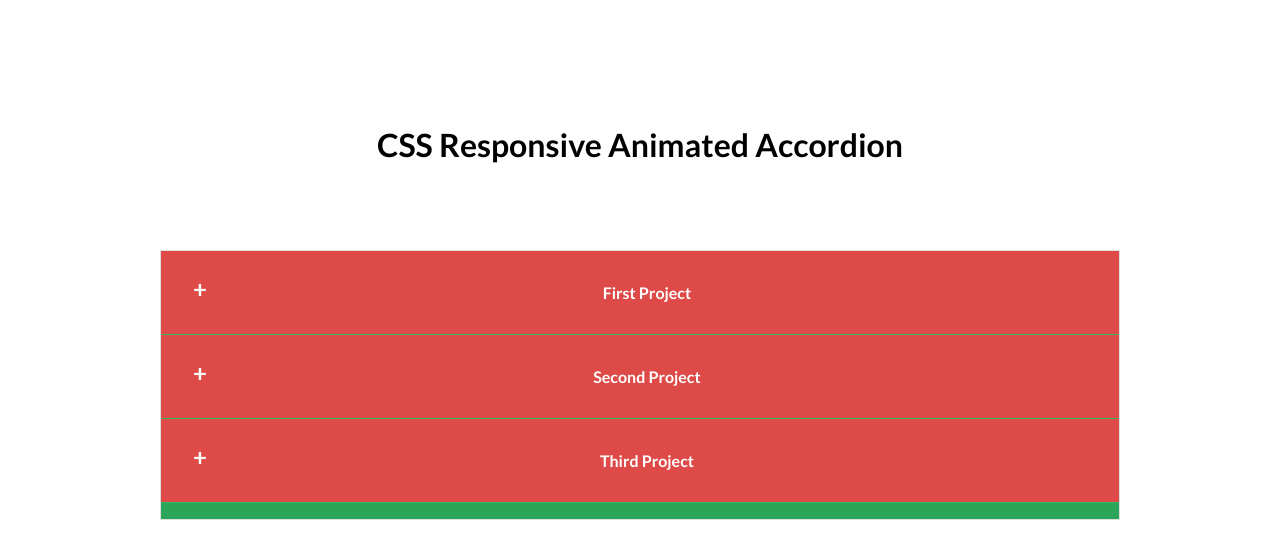
Repository: Imprasna/personalperform
Page: index.html
These files come from the project's save history. The page is drawn as it stood at one moment and after the next save; the edit follows.
The browser window is 1280 px wide. The pictures show the whole page.
The style sheet was rebuilt from its Sass, Less or Tailwind sources for each picture, by a compiler version that may differ from the author's.

Above is the page before, as saved 2021-12-30 22:26:19.

### index.html
<!DOCTYPE html>
<html lang="en">

<head>
    <meta charset="UTF-8">
    <meta http-equiv="X-UA-Compatible" content="IE=edge">
    <meta name="viewport" content="width=device-width, initial-scale=1.0">
    <link rel="stylesheet" href="css/accordion.css">
    <title>Prasanna's Performance Tests</title>
</head>

<body>
    <div class="container">
        <h1 class="heading-primary">CSS Responsive Animated Accordion</h1>
        <div class="accordion">
            <dl>
                <dt>
                    <a href="#accordion1" aria-expanded="false" aria-controls="accordion1"
                        class="accordion-title accordionTitle js-accordionTrigger">First Project</a>
                </dt>
                <dd class="accordion-content accordionItem is-collapsed" id="accordion1" aria-hidden="true">
                    <p>Project Name : Gedee Public School.</p>
                    <p>No. of Days: 6 Months.</p>
                    <p>ToolS Used: HTML / CSS / JavaScript.</p>
                    <p>The time I joined the Company, this has been the first project that has been handed to me. Since I had no touch to whatever I learnt previously. It took me nearly 6 months and also due to the delay of contents from the client it took me so long in getting this project completed.
                    </p>
                </dd>
                <dt>
                    <a href="#accordion2" aria-expanded="false" aria-controls="accordion2"
                        class="accordion-title accordionTitle js-accordionTrigger">
                        Second Project</a>
                </dt>
                <dd class="accordion-content accordionItem is-collapsed" id="accordion2" aria-hidden="true">
                    <p>Lorem ipsum dolor sit amet, consectetur adipiscing elit. Morbi eu interdum diam. Donec interdum
                        porttitor risus non bibendum. Maecenas sollicitudin eros in quam imperdiet placerat. Cras justo
                        purus, rhoncus nec lobortis ut, iaculis vel ipsum. Donec dignissim arcu nec elit faucibus
                        condimentum. Donec facilisis consectetur enim sit amet varius. Pellentesque justo dui, sodales
                        quis luctus a, iaculis eget mauris. </p>
                    <p>Aliquam dapibus, ante quis fringilla feugiat, mauris risus condimentum massa, at elementum libero
                        quam ac ligula. Pellentesque at rhoncus dolor. Duis porttitor nibh ut lobortis aliquam. Nullam
                        eu dolor venenatis mauris placerat tristique eget id dolor. Quisque blandit adipiscing erat
                        vitae dapibus. Nulla aliquam magna nec elementum tincidunt.</p>
                </dd>

                <dt>
                    <a href="#accordion3" aria-expanded="false" aria-controls="accordion3"
                        class="accordion-title accordionTitle js-accordionTrigger">
                        Third Project
                    </a>
                </dt>
                <dd class="accordion-content accordionItem is-collapsed" id="accordion3" aria-hidden="true">
                    <p>Lorem ipsum dolor sit amet, consectetur adipiscing elit. Morbi eu interdum diam. Donec interdum
                        porttitor risus non bibendum. Maecenas sollicitudin eros in quam imperdiet placerat. Cras justo
                        purus, rhoncus nec lobortis ut, iaculis vel ipsum. Donec dignissim arcu nec elit faucibus
                        condimentum. Donec facilisis consectetur enim sit amet varius. Pellentesque justo dui, sodales
                        quis luctus a, iaculis eget mauris. </p>
                    <p>Aliquam dapibus, ante quis fringilla feugiat, mauris risus condimentum massa, at elementum libero
                        quam ac ligula. Pellentesque at rhoncus dolor. Duis porttitor nibh ut lobortis aliquam. Nullam
                        eu dolor venenatis mauris placerat tristique eget id dolor. Quisque blandit adipiscing erat
                        vitae dapibus. Nulla aliquam magna nec elementum tincidunt.</p>
                </dd>
            </dl>
        </div>
    </div>

    <script src="app.js"></script>
</body>

</html>

### app.js
//uses classList, setAttribute, and querySelectorAll
//if you want this to work in IE8/9 youll need to polyfill these
(function(){
	var d = document,
	accordionToggles = d.querySelectorAll('.js-accordionTrigger'),
	setAria,
	setAccordionAria,
	switchAccordion,
  touchSupported = ('ontouchstart' in window),
  pointerSupported = ('pointerdown' in window);

  skipClickDelay = function(e){
    e.preventDefault();
    e.target.click();
  }

		setAriaAttr = function(el, ariaType, newProperty){
		el.setAttribute(ariaType, newProperty);
	};
	setAccordionAria = function(el1, el2, expanded){
		switch(expanded) {
      case "true":
      	setAriaAttr(el1, 'aria-expanded', 'true');
      	setAriaAttr(el2, 'aria-hidden', 'false');
      	break;
      case "false":
      	setAriaAttr(el1, 'aria-expanded', 'false');
      	setAriaAttr(el2, 'aria-hidden', 'true');
      	break;
      default:
				break;
		}
	};
//function
switchAccordion = function(e) {
  console.log("triggered");
	e.preventDefault();
	var thisAnswer = e.target.parentNode.nextElementSibling;
	var thisQuestion = e.target;
	if(thisAnswer.classList.contains('is-collapsed')) {
		setAccordionAria(thisQuestion, thisAnswer, 'true');
	} else {
		setAccordionAria(thisQuestion, thisAnswer, 'false');
	}
  	thisQuestion.classList.toggle('is-collapsed');
  	thisQuestion.classList.toggle('is-expanded');
		thisAnswer.classList.toggle('is-collapsed');
		thisAnswer.classList.toggle('is-expanded');

  	thisAnswer.classList.toggle('animateIn');
	};
	for (var i=0,len=accordionToggles.length; i<len; i++) {
		if(touchSupported) {
      accordionToggles[i].addEventListener('touchstart', skipClickDelay, false);
    }
    if(pointerSupported){
      accordionToggles[i].addEventListener('pointerdown', skipClickDelay, false);
    }
    accordionToggles[i].addEventListener('click', switchAccordion, false);
  }
})();

### accordion.scss

//updated ver
* {
    box-sizing:border-box;
  }
  @import url(https://fonts.googleapis.com/css?family=Lato:400,700);
  body {

    font-family:'Lato';
  }
  .heading-primary {
    font-size:2em;
    padding:2em;
    text-align:center;
  }
  .accordion dl,
  .accordion-list {
     border:1px solid #ddd;
     &:after {
         content: "";
         display:block;
         height:1em;
         width:100%;
         background-color:darken(#38cc70, 10%);
       }
  }
  .accordion dd,
  .accordion__panel {
     background-color:#eee;
     font-size:1em;
     line-height:1.5em;
  }
  .accordion p {
    padding: .2rem;
  }

  .accordion {
      position:relative;
      background-color:#eee;
  }
  .container {
    max-width:960px;
    margin:0 auto;
    padding:2em 0 2em 0;
  }
  .accordionTitle,
  .accordion__Heading {
   background-color:#DD4A48;
     text-align:center;
       font-weight:700;
            padding:2em;
            display:block;
            text-decoration:none;
            color:#fff;
            transition:background-color 0.5s ease-in-out;
    border-bottom:1px solid darken(#38cc70, 5%);
    &:before {
     content: "+";
     font-size:1.5em;
     line-height:0.5em;
     float:left;
     transition: transform 0.3s ease-in-out;
    }
    &:hover {
      background-color:darken(#F05454, 10%);
    }
  }
  .accordionTitleActive,
  .accordionTitle.is-expanded {
     background-color:darken(#4F091D, 10%);
      &:before {

        transform:rotate(-225deg);
      }
  }
  .accordionItem {
      height:auto;
      overflow:hidden;
      //SHAME: magic number to allow the accordion to animate

       max-height:50em;
      transition:max-height 1s;


      @media screen and (min-width:48em) {
           max-height:20em;
          transition:max-height 0.5s

      }


  }

  .accordionItem.is-collapsed {
      max-height:0;
  }
  .no-js .accordionItem.is-collapsed {
    max-height: auto;
  }
  .animateIn {
       animation: accordionIn 0.45s normal ease-in-out both 1;
  }
  .animateOut {
       animation: accordionOut 0.45s alternate ease-in-out both 1;
  }
  @keyframes accordionIn {
    0% {
      opacity: 0;
      transform:scale(0.9) rotateX(-60deg);
      transform-origin: 50% 0;
    }
    100% {
      opacity:1;
      transform:scale(1);
    }
  }

  @keyframes accordionOut {
      0% {
         opacity: 1;
         transform:scale(1);
       }
       100% {
            opacity:0;
             transform:scale(0.9) rotateX(-60deg);
         }
  }

After the next save:
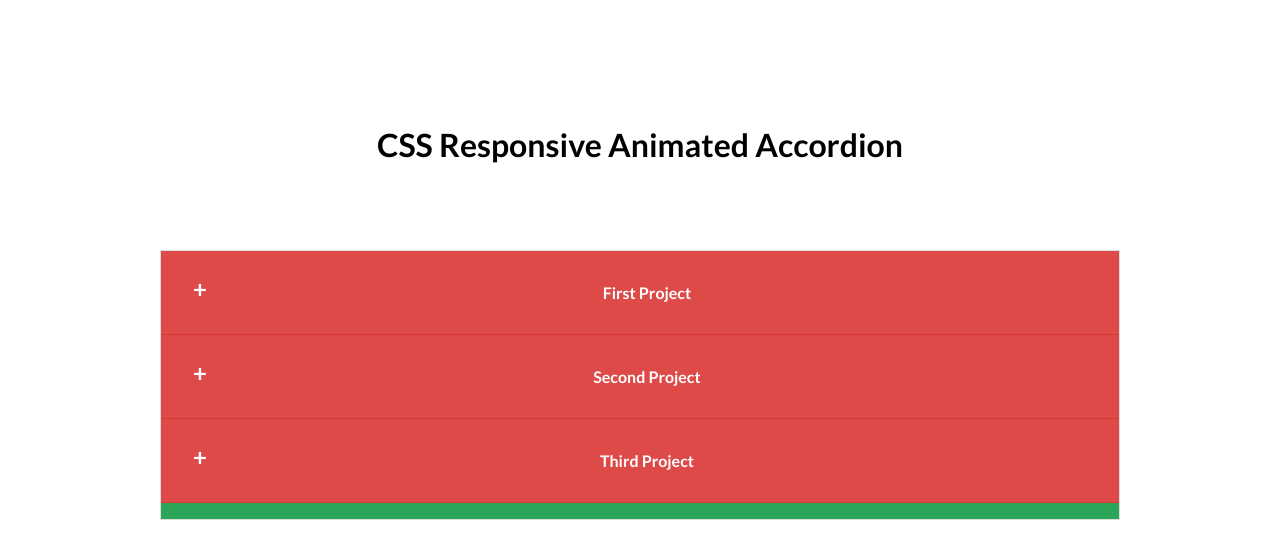
Saved 7 s later.
--- a/accordion.scss
+++ b/accordion.scss
@@ -53,7 +53,7 @@
             text-decoration:none;
             color:#fff;
             transition:background-color 0.5s ease-in-out;
-    border-bottom:1px solid darken(#38cc70, 5%);
+    border-bottom:1px solid darken(#DD4A48, 5%);
     &:before {
      content: "+";
      font-size:1.5em;
